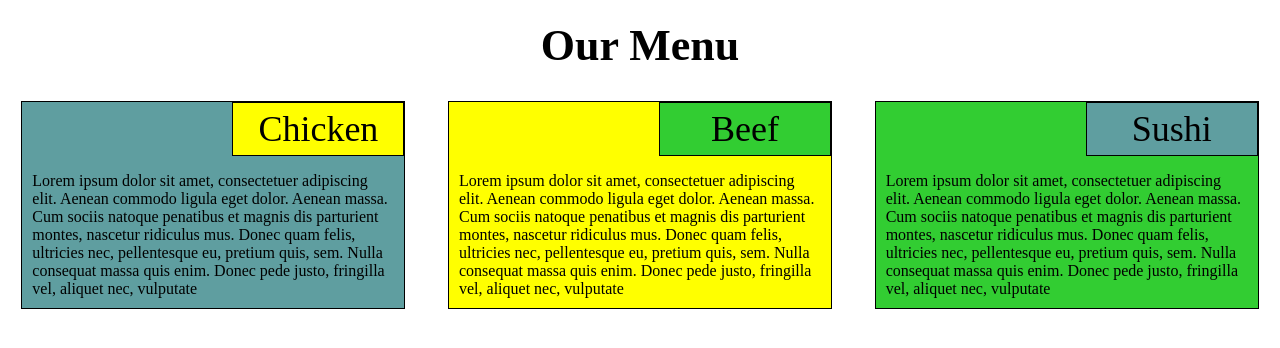
Repository: Normandy72/module2-solution
Page: index.html
These files come from the project's save history. The page is drawn as it stood at one moment and after the next save; the edit follows.
The browser window is 1280 px wide. The pictures show the whole page.
Some web fonts or font styles are not loaded; a fallback is used.

Above is the page before, as saved 2022-12-05 15:24:29.

### index.html
<!DOCTYPE html>
<html lang="en">
<head>
    <meta charset="UTF-8">
    <meta http-equiv="X-UA-Compatible" content="IE=edge">
    <meta name="viewport" content="width=device-width, initial-scale=1.0">
    <title>Our menu</title>
    <link href="https://fonts.googleapis.com/css2?family=Comic+Neue:ital,wght@0,300;0,400;0,700;1,300;1,400;1,700&family=Roboto:ital,wght@0,100;0,300;0,400;0,500;0,700;0,900;1,100;1,300;1,400;1,500;1,700;1,900&display=swap" rel="stylesheet">
    <link rel="stylesheet" href="styles/style.css">
</head>
<body>
    <h1>Our Menu</h1>
    <div class="wrapper">
        <div class="card">
            <div class="card__name">Chicken</div>
            <p class="card__text">Lorem ipsum dolor sit amet, consectetuer adipiscing elit. Aenean commodo ligula eget dolor. Aenean massa. Cum sociis natoque penatibus et magnis dis parturient montes, nascetur ridiculus mus. Donec quam felis, ultricies nec, pellentesque eu, pretium quis, sem. Nulla consequat massa quis enim. Donec pede justo, fringilla vel, aliquet nec, vulputate</p>
        </div>
        <div class="card">
            <div class="card__name">Beef</div>
            <p class="card__text">Lorem ipsum dolor sit amet, consectetuer adipiscing elit. Aenean commodo ligula eget dolor. Aenean massa. Cum sociis natoque penatibus et magnis dis parturient montes, nascetur ridiculus mus. Donec quam felis, ultricies nec, pellentesque eu, pretium quis, sem. Nulla consequat massa quis enim. Donec pede justo, fringilla vel, aliquet nec, vulputate</p>
        </div>
        <div class="card">
            <div class="card__name">Sushi</div>
            <p class="card__text">Lorem ipsum dolor sit amet, consectetuer adipiscing elit. Aenean commodo ligula eget dolor. Aenean massa. Cum sociis natoque penatibus et magnis dis parturient montes, nascetur ridiculus mus. Donec quam felis, ultricies nec, pellentesque eu, pretium quis, sem. Nulla consequat massa quis enim. Donec pede justo, fringilla vel, aliquet nec, vulputate</p>
        </div>
    </div>
</body>
</html>

### styles/style.css
*{
    font-family: 'Comic Neue', cursive;
    font-size: 10px;

    margin: 0;
    padding: 0;
    box-sizing: border-box;
}

h1{
    font-size: 4.4rem;
    text-align: center;

    padding-top: 20px;
    padding-bottom: 30px;
}

.wrapper{
    display: flex;
    justify-content: space-around;
}

.card{
    width: 30%;
    margin-bottom: 30px;
    position: relative;
    border: 1px solid black;
}

.card__name{
    border: 1px solid black;
    font-size: 3.6rem;
    padding: 5px;
    text-align: center;
    width: 45%;
    position: absolute;
    top: 0;
    right: 0;
}

.card__text{
    font-size: 1.6rem;
    padding: 70px 10px 10px;
}

.card:nth-child(1){
    background-color: cadetblue;
}

.card:nth-child(2){
    background-color: yellow;
}

.card:nth-child(3){
    background-color: limegreen;
}

.card:nth-child(1) .card__name{
    background-color: yellow;
}

.card:nth-child(2) .card__name{
    background-color: limegreen;
}

.card:nth-child(3) .card__name{
    background-color: cadetblue;
}

@media screen and (min-width: 768px) and (max-width: 991px) {
    .wrapper{
        flex-wrap: wrap;
    }

    .card:nth-child(1), .card:nth-child(2){
        width: 45%;
    }

    .card:nth-child(3){
        width: 100%;
    }
}

After the next save:
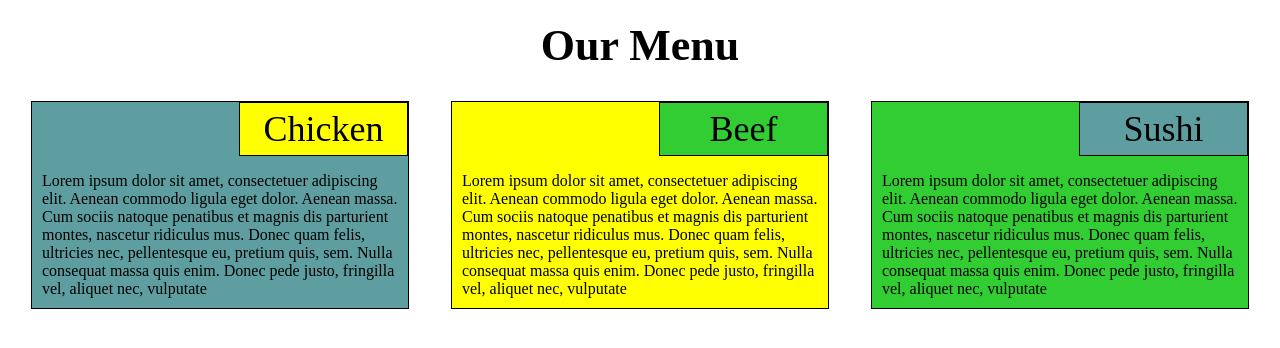
Saved 38 s later.
--- a/styles/style.css
+++ b/styles/style.css
@@ -18,6 +18,8 @@ h1{
 .wrapper{
     display: flex;
     justify-content: space-around;
+    padding-left: 10px;
+    padding-right: 10px;
 }
 
 .card{
